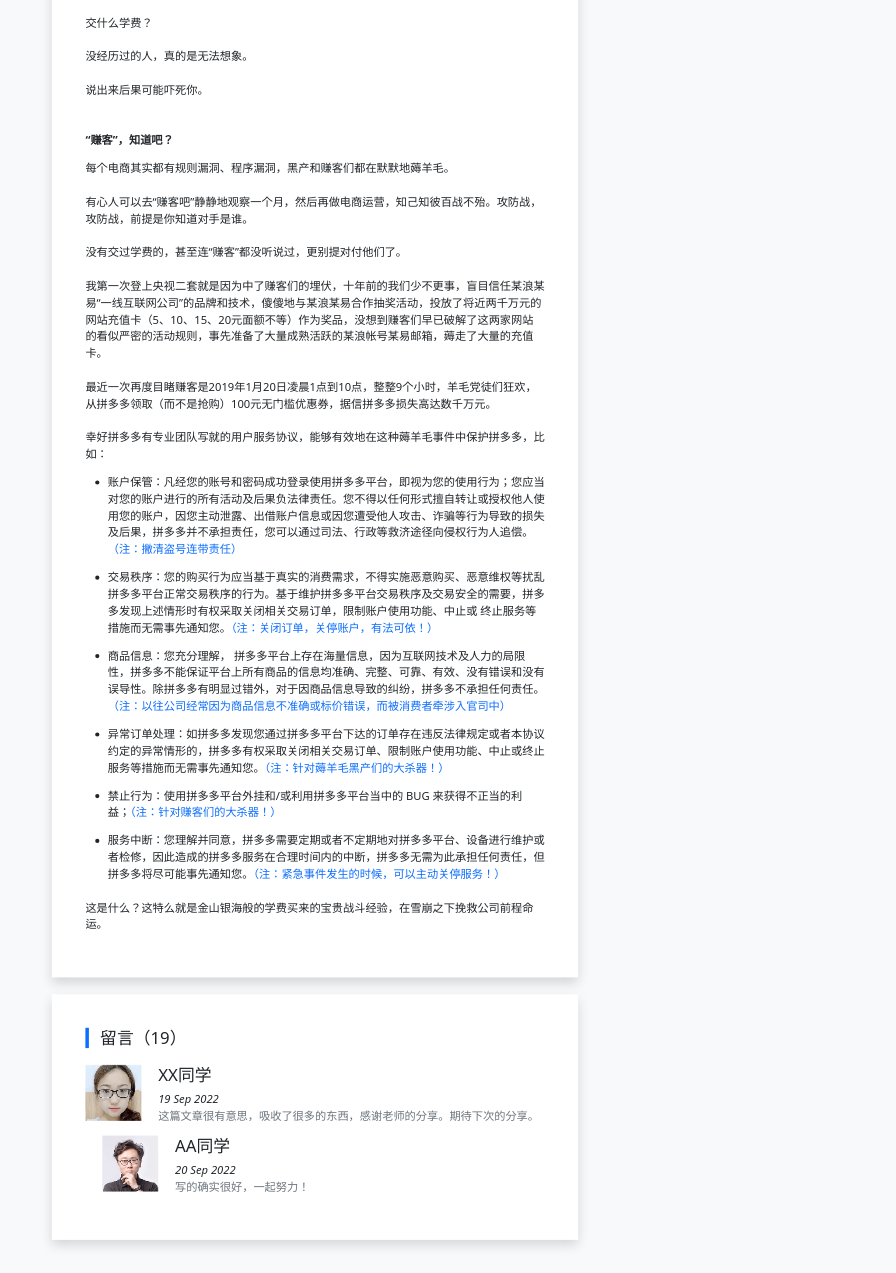
Repository: herjuandlonely/github.io
Page: index-blog.html
The author's editor kept a copy of each file at every save. The page is drawn from the files as they stood at one save, then again after the next save.
The browser window is 1280 px wide. The pictures show the part of the page from y = 1426 to 3346 px (the page is 3245 px tall before and 3346 px after), at 70% of full size.
Backgrounds fixed to the window are drawn as part of the page.

Above is the page before, as saved 2022-07-01 15:24:26.

After the next save:
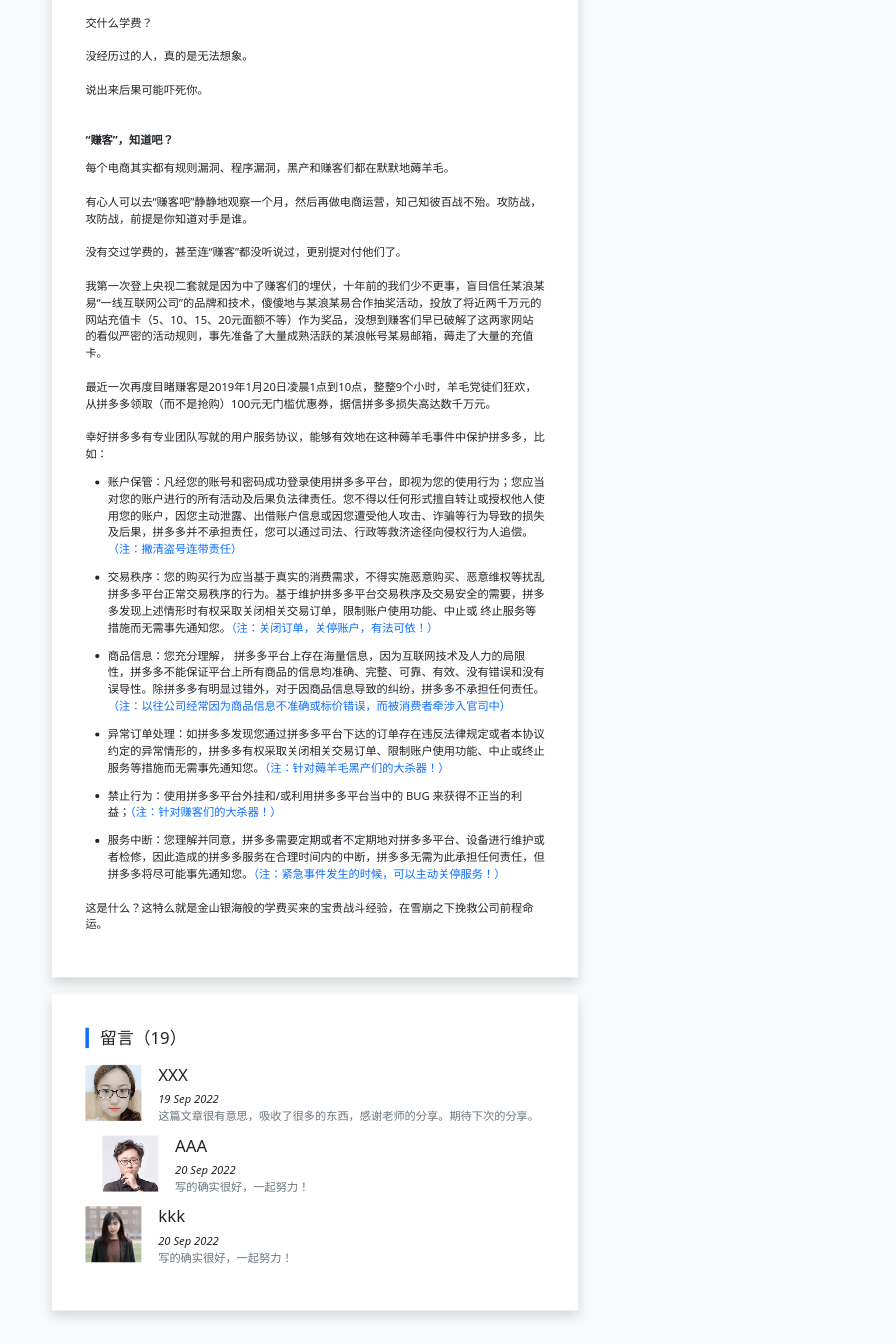
Saved 90 s later.
--- a/index-blog.html
+++ b/index-blog.html
@@ -145,7 +145,7 @@
                     <div class="d-flex mt-4">
                         <img src="./image/zm.gif" style="height: 80px;" />
                         <div class="ms-4 w-auto">
-                            <h4>XX同学</h4>
+                            <h4>XXX</h4>
                             <i>19 Sep 2022</i>
                             <p class=" text-secondary text-break">这篇文章很有意思，吸收了很多的东西，感谢老师的分享。期待下次的分享。</p>
                         </div>
@@ -153,7 +153,15 @@
                     <div class="d-flex ms-4">
                         <img src="./image/80.gif" style="height: 80px;" />
                         <div class="ms-4 w-auto">
-                            <h4>AA同学</h4>
+                            <h4>AAA</h4>
+                            <i>20 Sep 2022</i>
+                            <p class=" text-secondary">写的确实很好，一起努力！</p>
+                        </div>
+                    </div>
+                    <div class="d-flex">
+                        <img src="./image/t2.gif" style="height: 80px;" />
+                        <div class="ms-4 w-auto">
+                            <h4>kkk</h4>
                             <i>20 Sep 2022</i>
                             <p class=" text-secondary">写的确实很好，一起努力！</p>
                         </div>
